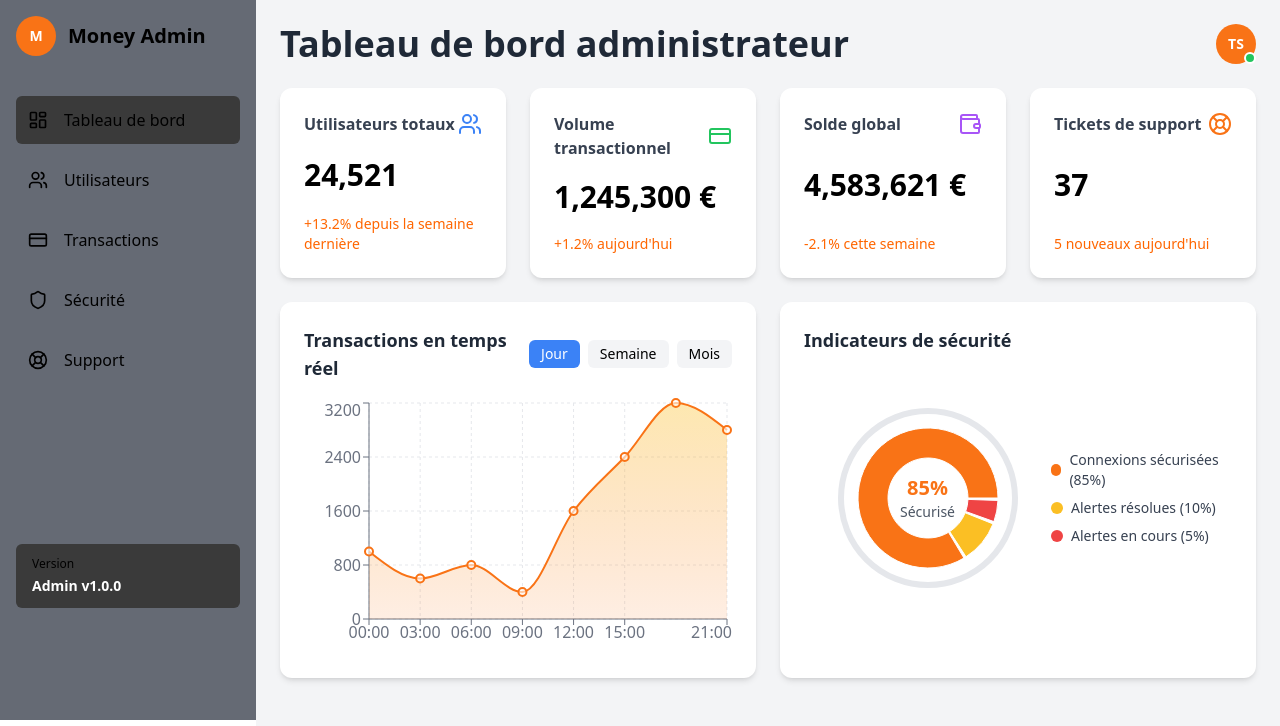
Repository: Edongo999/Dashboard
Page: /
The author's editor kept a copy of each file at every save. The page is drawn from the files as they stood at one save, then again after the next save.
The browser window is 1280 px wide. The pictures show the whole page.
The project was rebuilt for these pictures with package versions that can differ from the ones it lists, and the page was loaded fresh each time. Also part of the build but not shown: vite.config.ts.

Above is the page before, as saved 2025-10-13 15:10:15.

After the next save:
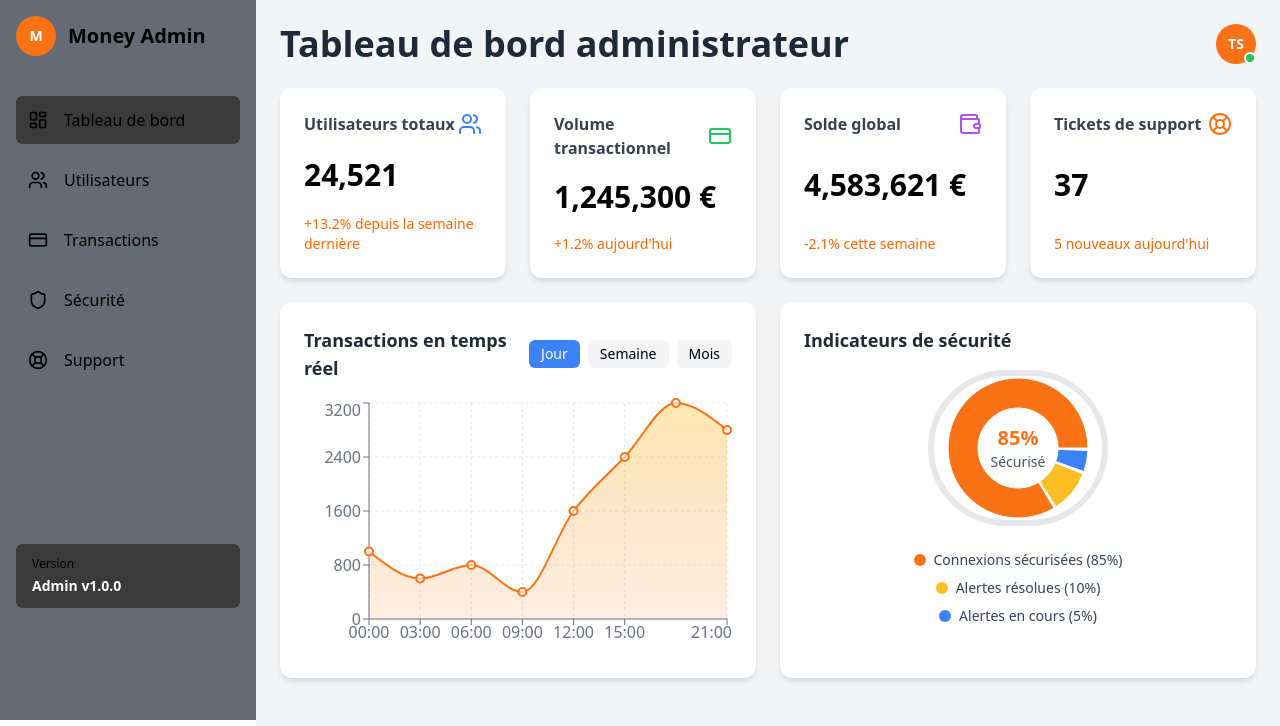
Saved 4 min 29 s later.
--- a/src/components/SecurityIndicators.tsx
+++ b/src/components/SecurityIndicators.tsx
@@ -11,56 +11,60 @@ const rawData = [
   { name: "Alertes en cours", value: 5 }
 ]
 
-const COLORS = ["#F97316", "#FBBF24", "#EF4444"]
+const COLOR_MAP = {
+  "Connexions sécurisées": "#F97316", // orange
+  "Alertes résolues": "#FBBF24",       // jaune
+  "Alertes en cours": "#3B82F6"        // bleu
+}
 
 const SecurityIndicators = () => {
   const total = rawData.reduce((sum, item) => sum + item.value, 0)
+
   const data = rawData.map((item) => ({
     ...item,
-    percent: ((item.value / total) * 100).toFixed(0) + "%"
+    percent: ((item.value / total) * 100).toFixed(0) + "%",
+    color: COLOR_MAP[item.name] || "#D1D5DB" // gris par défaut si clé manquante
   }))
 
   return (
     <div className="bg-white rounded-[12px] shadow-md p-6">
       <h2 className="text-lg font-semibold text-gray-800 mb-4">Indicateurs de sécurité</h2>
 
-      <div className="flex items-center justify-between h-64 relative">
+      <div className="flex flex-col items-center justify-center h-64 relative">
         {/* Cercle externe + donut */}
-        <div className="w-2/3 flex items-center justify-center relative">
-          <div className="w-[180px] h-[180px] rounded-full border-[6px] border-gray-200 flex items-center justify-center">
-            <div className="w-[140px] h-[140px]">
-              <ResponsiveContainer width="100%" height="100%">
-                <PieChart>
-                  <Pie
-                    data={data}
-                    dataKey="value"
-                    innerRadius={40}
-                    outerRadius={70}
-                    paddingAngle={2}
-                  >
-                    {data.map((entry, index) => (
-                      <Cell key={`cell-${index}`} fill={COLORS[index % COLORS.length]} />
-                    ))}
-                  </Pie>
-                </PieChart>
-              </ResponsiveContainer>
-            </div>
+        <div className="w-[180px] h-[180px] rounded-full border-[6px] border-gray-200 flex items-center justify-center">
+          <div className="w-[140px] h-[140px]">
+            <ResponsiveContainer width="100%" height="100%">
+              <PieChart>
+                <Pie
+                  data={data}
+                  dataKey="value"
+                  innerRadius={40}
+                  outerRadius={70}
+                  paddingAngle={2}
+                >
+                  {data.map((item) => (
+                    <Cell key={item.name} fill={item.color} />
+                  ))}
+                </Pie>
+              </PieChart>
+            </ResponsiveContainer>
+          </div>
 
-            {/* Texte centré */}
-            <div className="absolute text-center">
-              <p className="text-xl font-bold text-orange-500">85%</p>
-              <p className="text-sm text-gray-600">Sécurisé</p>
-            </div>
+          {/* Texte centré */}
+          <div className="absolute text-center">
+            <p className="text-xl font-bold text-orange-500">85%</p>
+            <p className="text-sm text-gray-600">Sécurisé</p>
           </div>
         </div>
 
-        {/* Légende externe */}
-        <div className="flex flex-col gap-2 text-sm text-gray-700">
-          {data.map((item, i) => (
-            <div key={i} className="flex items-center gap-2">
+        {/* Légende en bas */}
+        <div className="mt-6 flex flex-col items-center gap-2 text-sm text-gray-700">
+          {data.map((item) => (
+            <div key={item.name} className="flex items-center gap-2">
               <span
                 className="w-3 h-3 rounded-full"
-                style={{ backgroundColor: COLORS[i] }}
+                style={{ backgroundColor: item.color }}
               />
               <span>{item.name} ({item.percent})</span>
             </div>
